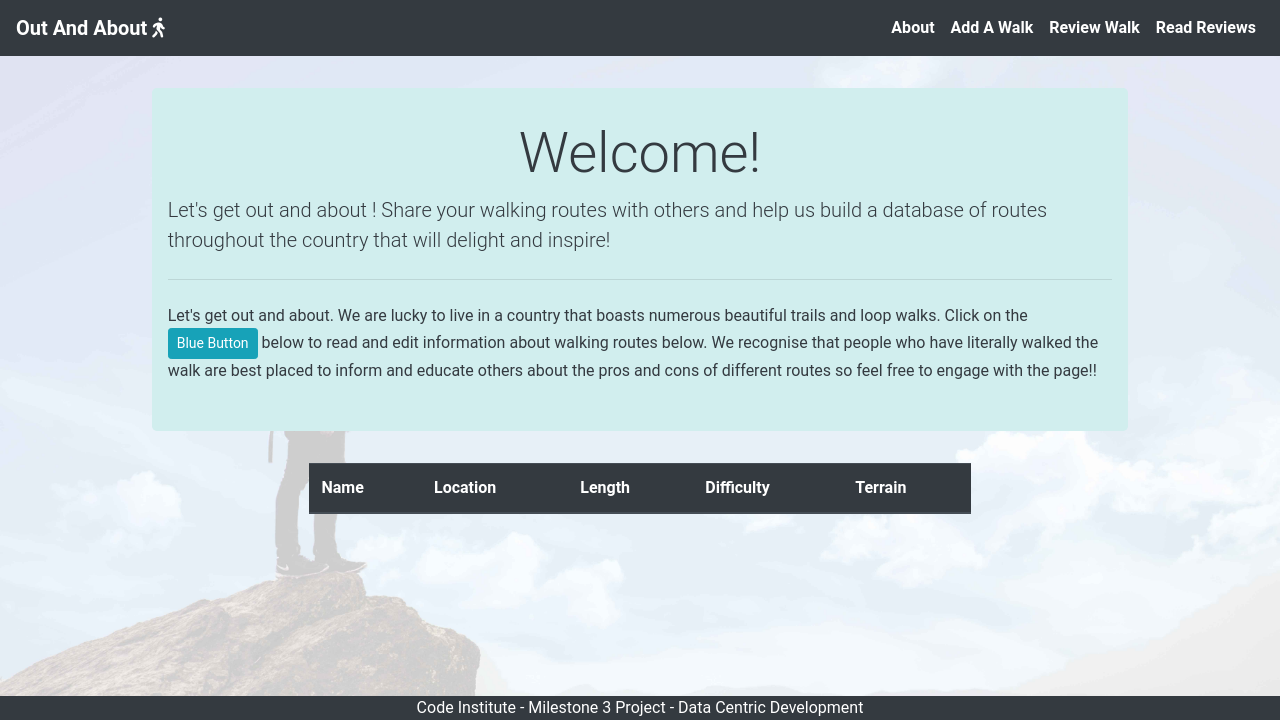
Repository: 5803emma/days-of-walking
Page: http://localhost/
The author's editor kept a record of every edit. The page is drawn from the files as they stood at one moment, then again after the next edit.
The browser window is 1280 px wide. The pictures show the whole page.
Some web libraries are served in a nearby version. The page is served by the project's application, run on Flask 3 (app.py). Queries for data that is not in the repository find no rows.

Above is the page before.

### templates/home.html
{% extends 'base.html'%} {% block content %}

<div class="container-fluid">

 <div class="row-welcome justify-content-center">
  <div class="col-12 text-dark">
   <div class="jumbotron">
    <h1 class="display-4">Welcome!</h1>
    <p class="lead">Let's get out and about ! Share your walking routes with others and help us build a database of routes throughout the country that will delight and inspire!</p>
    <hr class="my-4">
    <p>Let's get out and about. We are lucky to live in a country that boasts numerous beautiful trails and loop walks. Click on the <button type="button" class="btn btn-info btn-sm">Blue Button</button> below to read and edit information about walking routes below. We recognise that people who have literally walked the walk are best placed to inform and educate others about the pros and cons of different routes so feel free to engage with the page!!</p>
   </div>
  </div>
 </div>

 <div class="row justify-content-center">
  <div class="col-12 col-md-8 table-responsive table-data">
   <table class="table table-hover">
    <thead class="thead-dark">
     <tr>
      <th scope="col">Name</th>
      <th scope="col">Location</th>
      <th scope="col">Length</th>
      <th scope="col">Difficulty</th>
      <th scope="col">Terrain</th>
     </tr>
    </thead>
    <tbody>

     {% for walk in walks %}
     <tr>
      <td><a class="btn btn-info btn-sm" href="{{url_for('edit_walk', walk_id=walk._id)}}" role="button">{{walk.walk_name}}</a></td>
      <td>{{walk.walk_location}}</td>
      <td>{{walk.walk_length}}</td>
      <td>{{walk.walk_difficulty}}</td>
      <td>{{walk.walk_terrain}}</td>
     </tr>
     {% endfor %}
    </tbody>
   </table>


  </div>
  {% endblock %}

### templates/base.html
<!DOCTYPE html>
<html>

<head>
    <link rel="stylesheet" href="https://stackpath.bootstrapcdn.com/bootstrap/4.4.1/css/bootstrap.min.css">
    <link rel="stylesheet" href="https://cdnjs.cloudflare.com/ajax/libs/font-awesome/5.12.0/css/all.min.css" />
    <link rel="stylesheet" href="{{ url_for('static', filename='css/style.css') }}" type="text/css" />
</head>

<body>
    <header>
        <nav class="navbar navbar-expand-md navbar-dark bg-dark home-logo-text">
            <a class="navbar-brand" href="{{url_for('get_walks')}}">Out And About <i
                    class="fas fa-walking"></i></a>
            <button class="navbar-toggler" type="button" data-toggle="collapse" data-target="#navbarNavAltMarkup" aria-controls="navbarNavAltMarkup" aria-expanded="false" aria-label="Toggle navigation">
                <span class="navbar-toggler-icon"></span>
            </button>
            <div class="collapse navbar-collapse" id="navbarNavAltMarkup">
                <div class="navbar-nav ml-auto">
                    <a class="nav-item nav-link" href="{{url_for('about')}}">About</a>
                    <a class="nav-item nav-link" href="{{url_for('add_new_walk')}}">Add A Walk</a>
                    <a class="nav-item nav-link" href="{{url_for('walk_review')}}">Review Walk</a>
                     <a class="nav-item nav-link" href="{{url_for('read_review')}}">Read Reviews</a>
                </div>
            </div>

        </nav>
    </header>

    <!-- Container for injected templates -->
    <div class="container-fluid">
        <div class="row justify-content-center">
            <div class="col-12 col-md-10 template-col">

    {% block content %} {% endblock %}

 <!-- Footer -->
  <footer class="bg-dark fixed-bottom">
    <div class="container-fluid">
      <p class="m-0 text-center text-white">Code Institute - Milestone 3 Project - Data Centric Development</p>
    </div>
    <!-- /.container -->
  </footer>

    <script src="https://code.jquery.com/jquery-3.4.1.slim.min.js"></script>
    <script src="https://cdn.jsdelivr.net/npm/popper.js@1.16.0/dist/umd/popper.min.js"></script>
    <script src="https://stackpath.bootstrapcdn.com/bootstrap/4.4.1/js/bootstrap.min.js"></script>
</body>

</html>

### app.py
import os
from flask import Flask, render_template, redirect, request, url_for
from flask_pymongo import PyMongo
from bson.objectid import ObjectId

app = Flask(__name__)

app.config["MONGO_DBNAME"] = 'walking_app'
app.config["MONGO_URI"] = 'mongodb+srv://root:johnbell@myfirstcluster-20lqh.mongodb.net/walking_app?retryWrites=true&w=majority'

mongo = PyMongo(app)

@app.route("/")
@app.route("/get_walks")
def get_walks():
    return render_template("home.html", walks=mongo.db.walks.find())

@app.route("/about")
def about():
    return render_template("about.html")


@app.route("/add_new_walk")
def add_new_walk():
    return render_template("add_walk.html")


@app.route("/insert_walk", methods=['POST'])
def insert_walk():
    walk = mongo.db.walks
    walk.insert_one(request.form.to_dict())
    return redirect(url_for('get_walks'))

# Update Information About Walk

@app.route("/edit_walk/<walk_id>")
def edit_walk(walk_id):
    the_walk = mongo.db.walks.find_one({"_id": ObjectId(walk_id)})
    return render_template("update_walk.html", walk=the_walk)

@app.route("/update_walk/<walk_id>", methods=["POST"])
def update_walk(walk_id):
    walk = mongo.db.walks
    walk.update({'_id': ObjectId(walk_id)}, {
        'walk_name' : request.form.get('walk_name'),
        'walk_location' : request.form.get('walk_location'),
        'walk_length' : request.form.get('walk_length'),
        'walk_difficulty' : request.form.get('walk_difficulty'),
        'walk_terrain' : request.form.get('walk_terrain')
    })
    return redirect(url_for('get_walks'))

# Delete Option

@app.route("/delete_walk/<walk_id>")
def delete_walk(walk_id):
    mongo.db.walks.remove({'_id': ObjectId(walk_id)})
    return redirect(url_for('get_walks'))

@app.route("/leave_review")
def walk_review():
    return render_template("walk_review.html", walks=mongo.db.walks.find())

# Sends the data that the user inserts to the database

@app.route("/walk_review", methods=['POST'])
def insert_review():
    review = mongo.db.reviews
    review.insert_one(request.form.to_dict())
    return redirect(url_for('walk_review'))


@app.route("/read_review")
def read_review():
    return render_template("read_reviews.html", reviews=mongo.db.reviews.find())

if __name__ == "__main__":
    app.run(host=os.environ.get("IP"),
    port=int(os.environ.get("PORT")),
    debug=True)

### static/css/style.css
body {
  background-image: url(../images/bg-image.jpg);
  background-color: #FAFAFA;
  background-repeat: no-repeat;
  background-size: cover;
  font-family: 'Roboto', sans-serif;
}

.navbar-dark .navbar-brand {
    color: #fff;
    font-weight: bold;
}

.navbar-dark .navbar-nav .nav-link {
    color: #fff;
    font-weight: bold;
}

h1, h2 {
  text-align: center;
}

.jumbotron {
    margin-top: 2rem;
    padding: 2rem 1rem;
    margin-bottom: 2rem;
    background-color: #D1EEEE;
    border-radius: .3rem;
}

After the next edit:
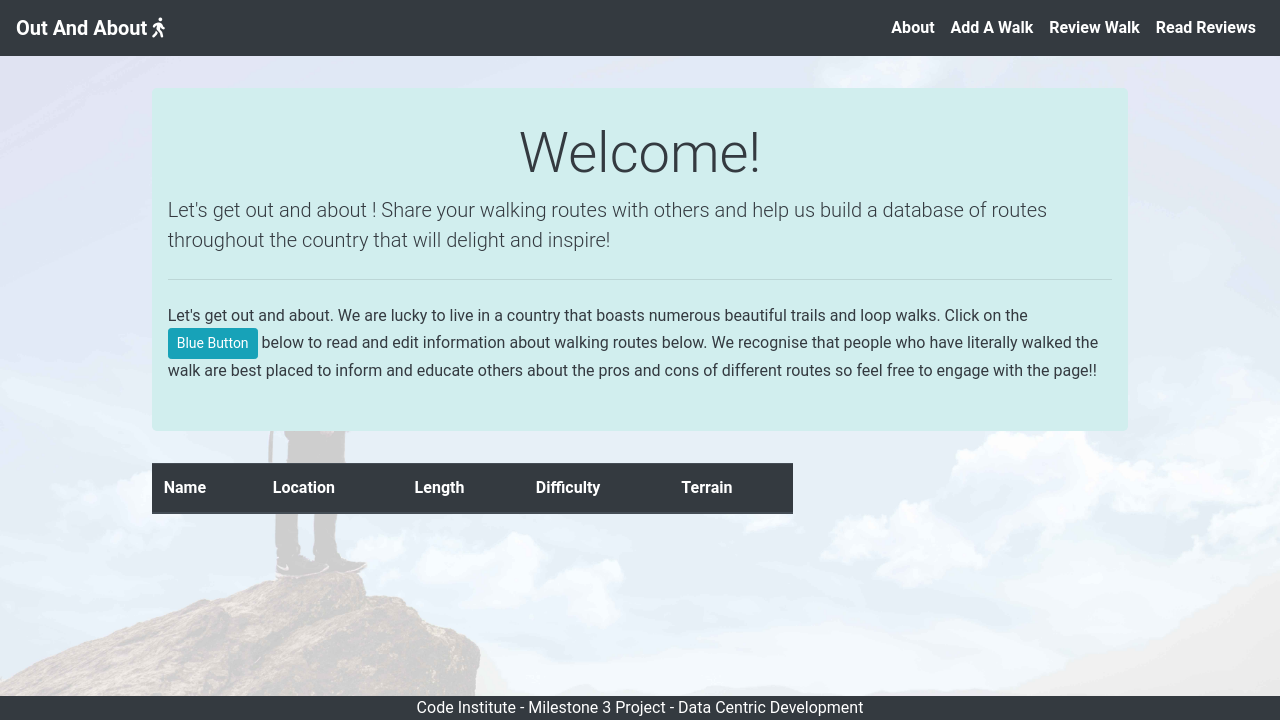
The edit:
--- a/templates/home.html
+++ b/templates/home.html
@@ -13,7 +13,7 @@
   </div>
  </div>
 
- <div class="row justify-content-center">
+<!-- <div class="row justify-content-center"> -->
   <div class="col-12 col-md-8 table-responsive table-data">
    <table class="table table-hover">
     <thead class="thead-dark">
